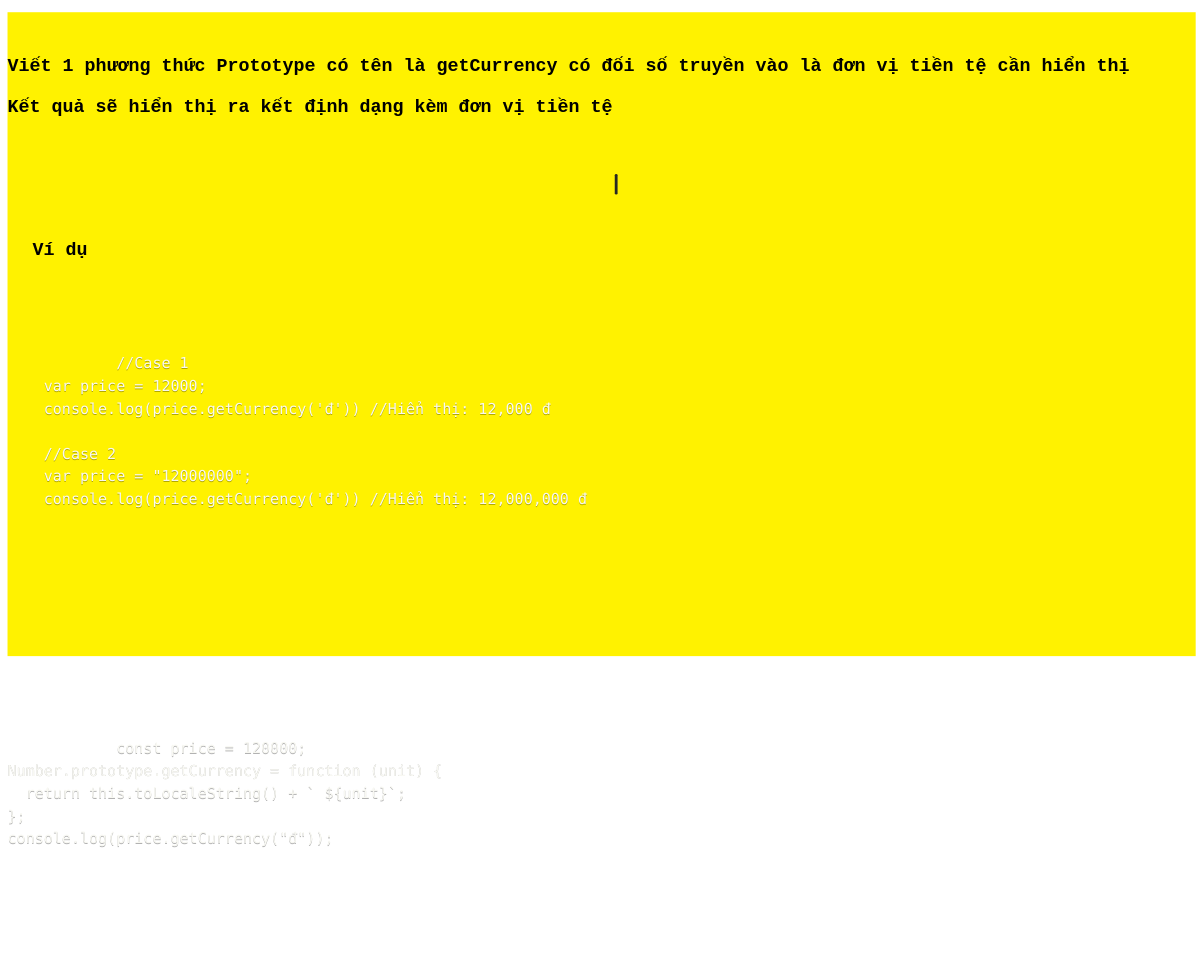
Repository: Dongnguyen318/Quydong
Page: Day 22/ex02.html
An editor plug-in stored every save of this project. The page is shown before and after the next save, followed by the edit.
The browser window is 1280 px wide. The pictures show the whole page, at 94% of full size.

Above is the page before, as saved 2023-08-29 23:57:03.

After the next save:
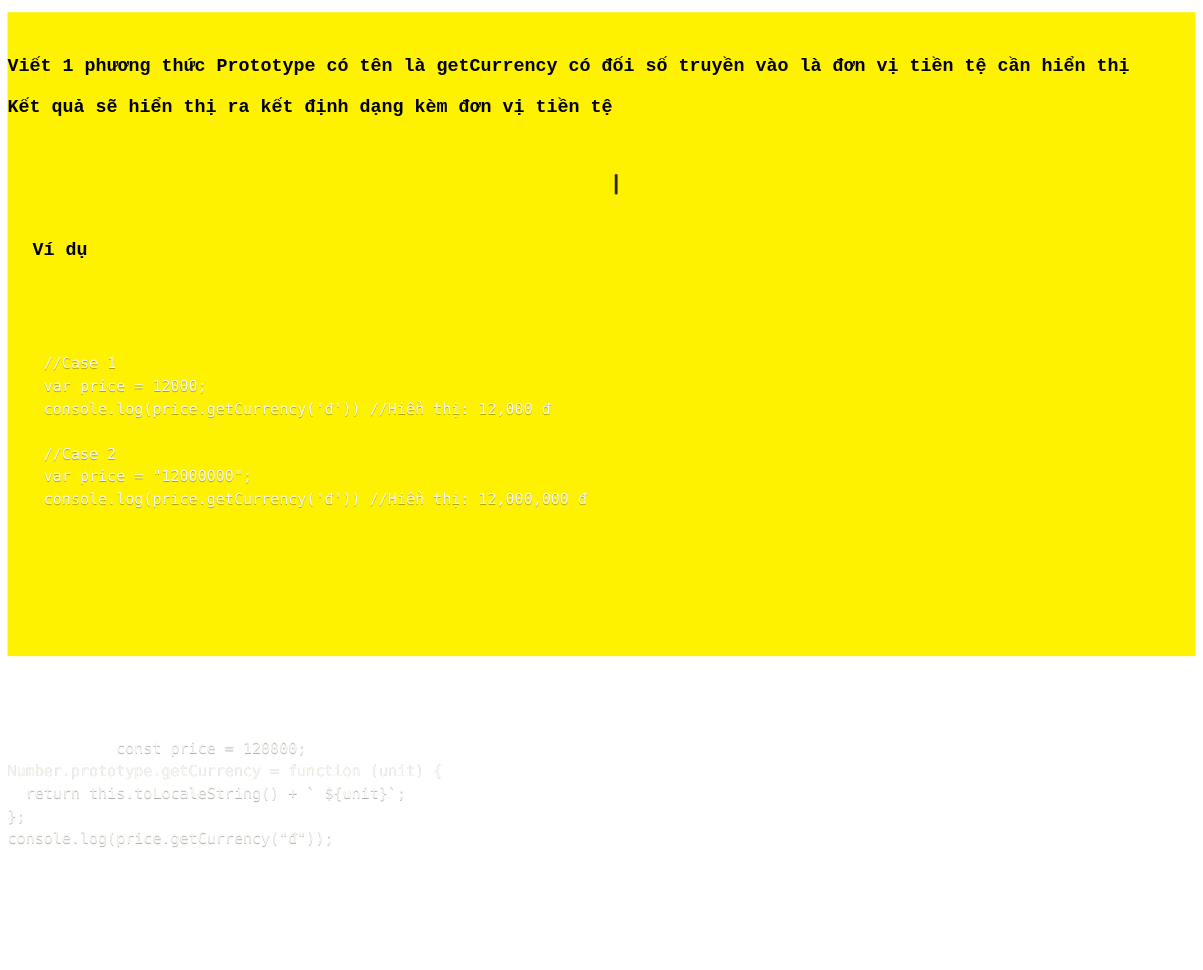
Saved 10 s later.
--- a/Day 22/ex02.html
+++ b/Day 22/ex02.html
@@ -22,7 +22,7 @@ Kết quả sẽ hiển thị ra kết định dạng kèm đơn vị tiền t
     <h2 style="padding: 15px;" > Ví dụ</h2>
     <pre>
         <code class="language-js" >
-            //Case 1
+    //Case 1
     var price = 12000;
     console.log(price.getCurrency('đ')) //Hiển thị: 12,000 đ
 
